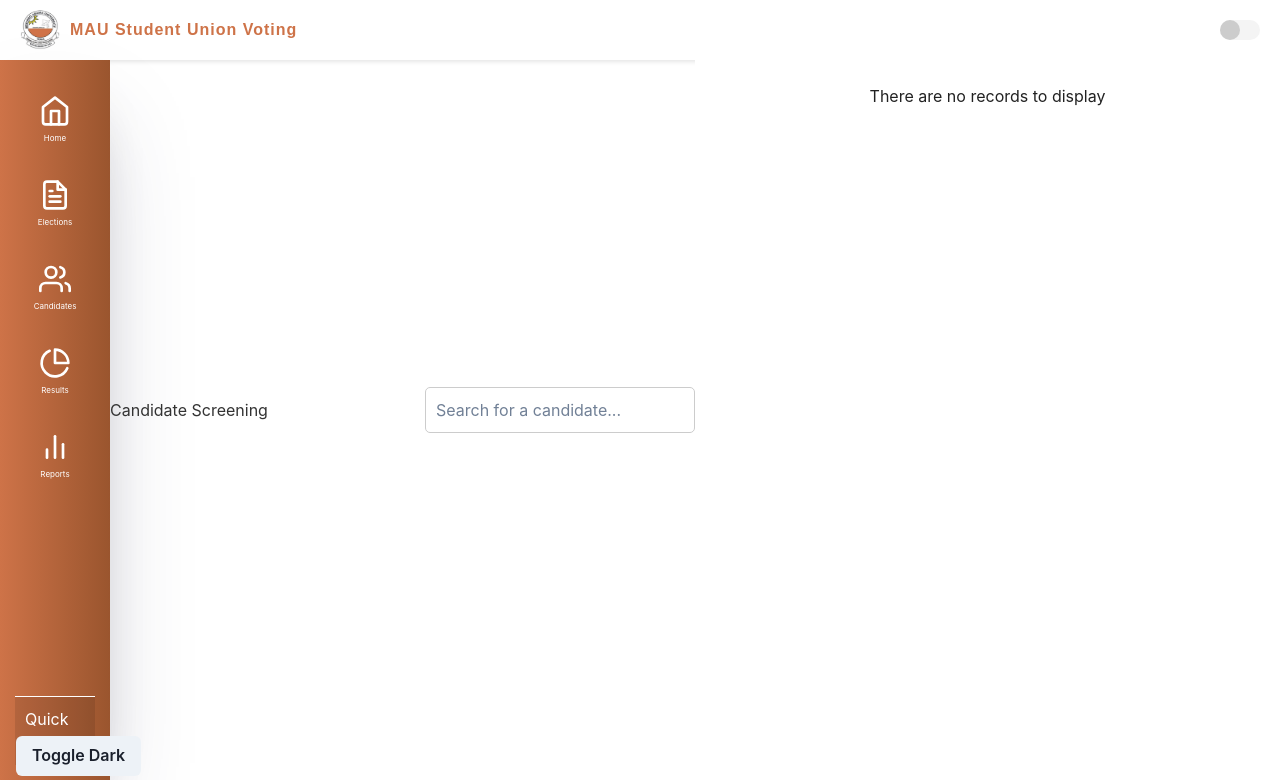
Repository: joena1o/e-vote
Page: /ElectionCommittee-dashboard/candidates-screening
The author's editor kept a copy of each file at every save. The page is drawn from the files as they stood at one save, then again after the next save.
The browser window is 1280 px wide. The pictures show the whole page.
The project was rebuilt for these pictures with package versions that can differ from the ones it lists, and the page was loaded fresh each time. Also part of the build but not shown: src/components/EnhancedLogin.js, src/components/maincontent/RegisterStudents/ManageStudents.js, src/components/maincontent/RegisterStudents/RegisterStudents.js, src/components/maincontent/RegisterStudents/StudentManagement.js, src/components/maincontent/ElectionResults/ViewResults.js, src/components/maincontent/Settings/Settings.js, src/api/index.js, src/components/maincontent/home/Home.styles.js and 11 more.

Above is the page before, as saved 2023-10-22 13:43:52.

After the next save:
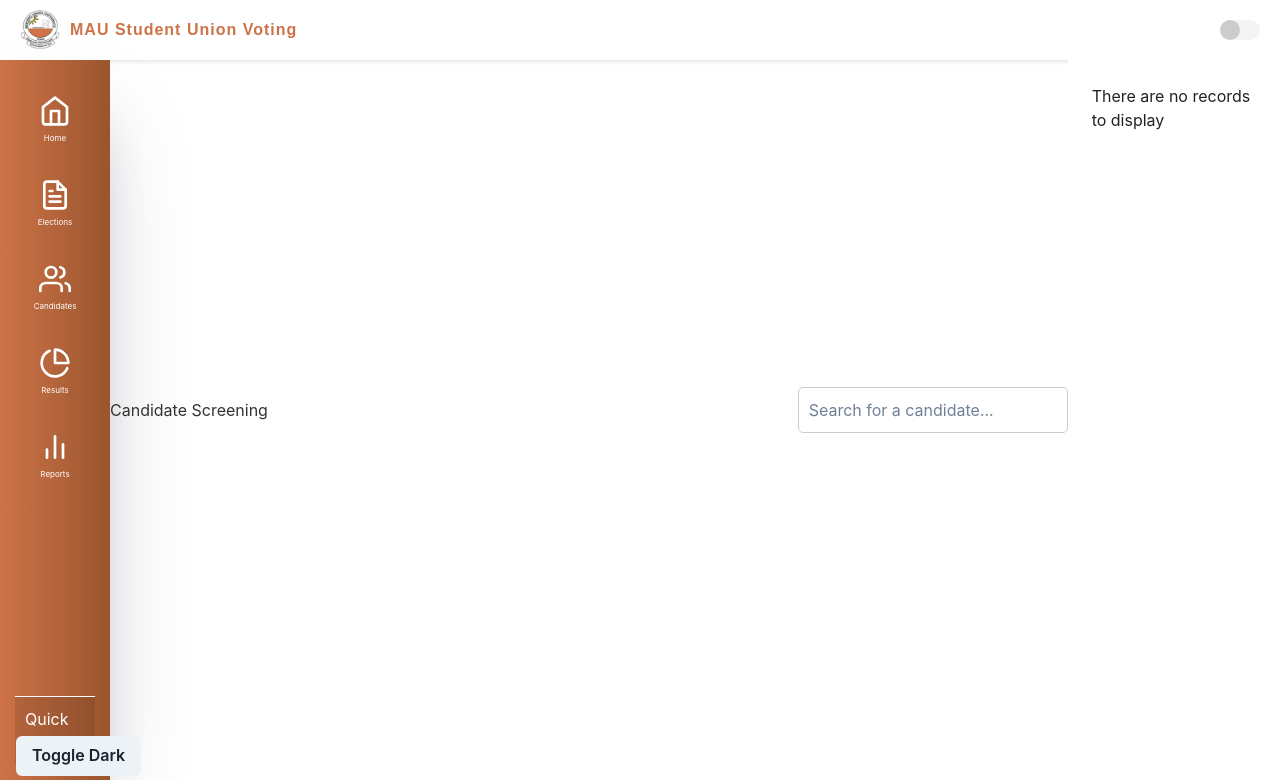
Saved 75 s later.
--- a/src/components/maincontent/CandidateScreening/CandidateScreening.js
+++ b/src/components/maincontent/CandidateScreening/CandidateScreening.js
@@ -138,12 +138,14 @@ function CandidateScreening() {
           placeholder="Search for a candidate..."
         />
       </HeaderContainer>
-      <DataTable
-        columns={columns}
-        data={filteredCandidates}
-        pagination
-        highlightOnHover
-      />
+      <DataTableContainer>
+        <DataTable
+          columns={columns}
+          data={filteredCandidates}
+          pagination
+          highlightOnHover
+        />
+      </DataTableContainer>
 
       {isDialogOpen && (
         <Modal

After the 2 saves that followed:
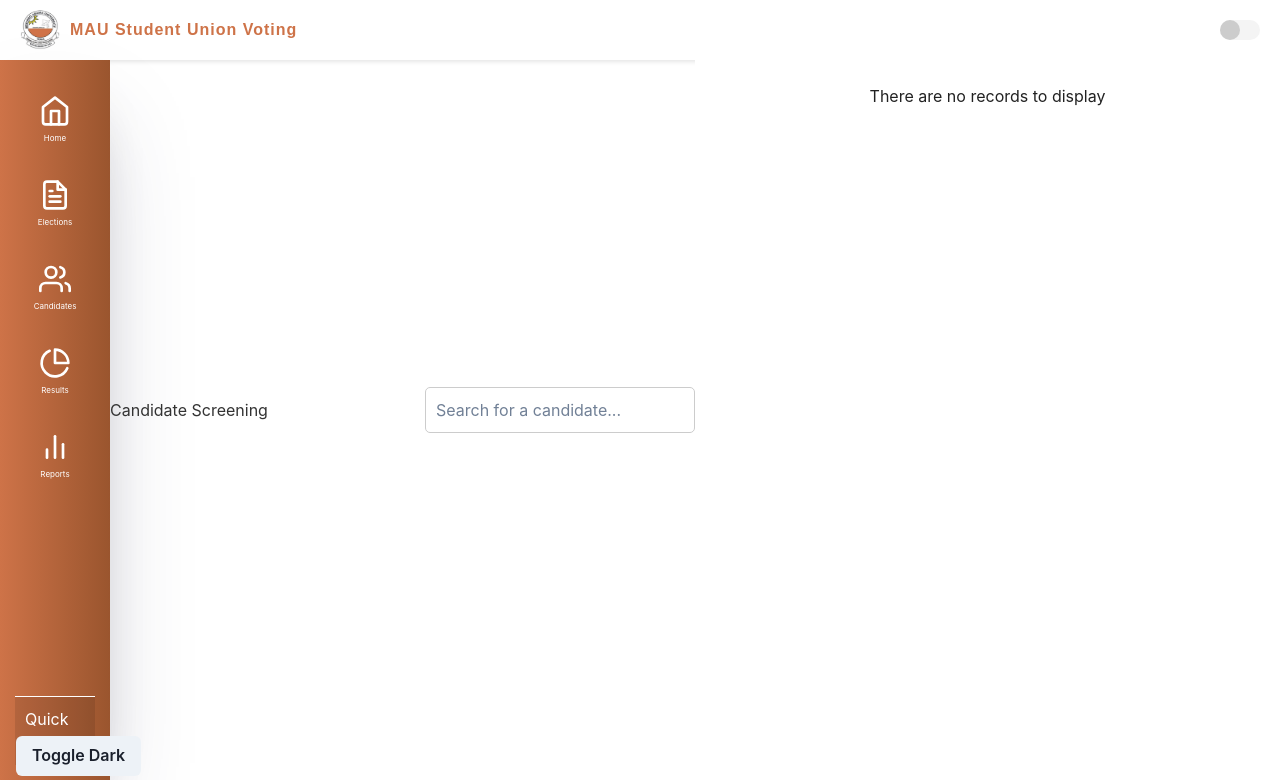
The 2 saves are shown as one change because 1 left the picture as it was.
The last was saved 4 min 18 s later.
--- a/src/components/maincontent/CandidateScreening/CandidateScreening.js
+++ b/src/components/maincontent/CandidateScreening/CandidateScreening.js
@@ -43,9 +43,11 @@ const HeaderContainer = styled.div`
 `;
 
 const DataTableContainer = styled.div`
-  max-width: 100%; // Ensure the table doesn't exceed its container
-  overflow-x: auto; // Allow horizontal scrolling if the table is too wide
+  position: relative; // Ensure it's relative and not absolute or fixed
+  max-width: 100%;
+  overflow-x: auto;
 `;
+
 
 function CandidateScreening() {
   const candidates = useSelector(state => state.candidates);
@@ -138,15 +140,12 @@ function CandidateScreening() {
           placeholder="Search for a candidate..."
         />
       </HeaderContainer>
-      <DataTableContainer>
-        <DataTable
-          columns={columns}
-          data={filteredCandidates}
-          pagination
-          highlightOnHover
-        />
-      </DataTableContainer>
-
+      <DataTable
+        columns={columns}
+        data={filteredCandidates}
+        pagination
+        highlightOnHover
+      />
       {isDialogOpen && (
         <Modal
           isOpen={isDialogOpen}
